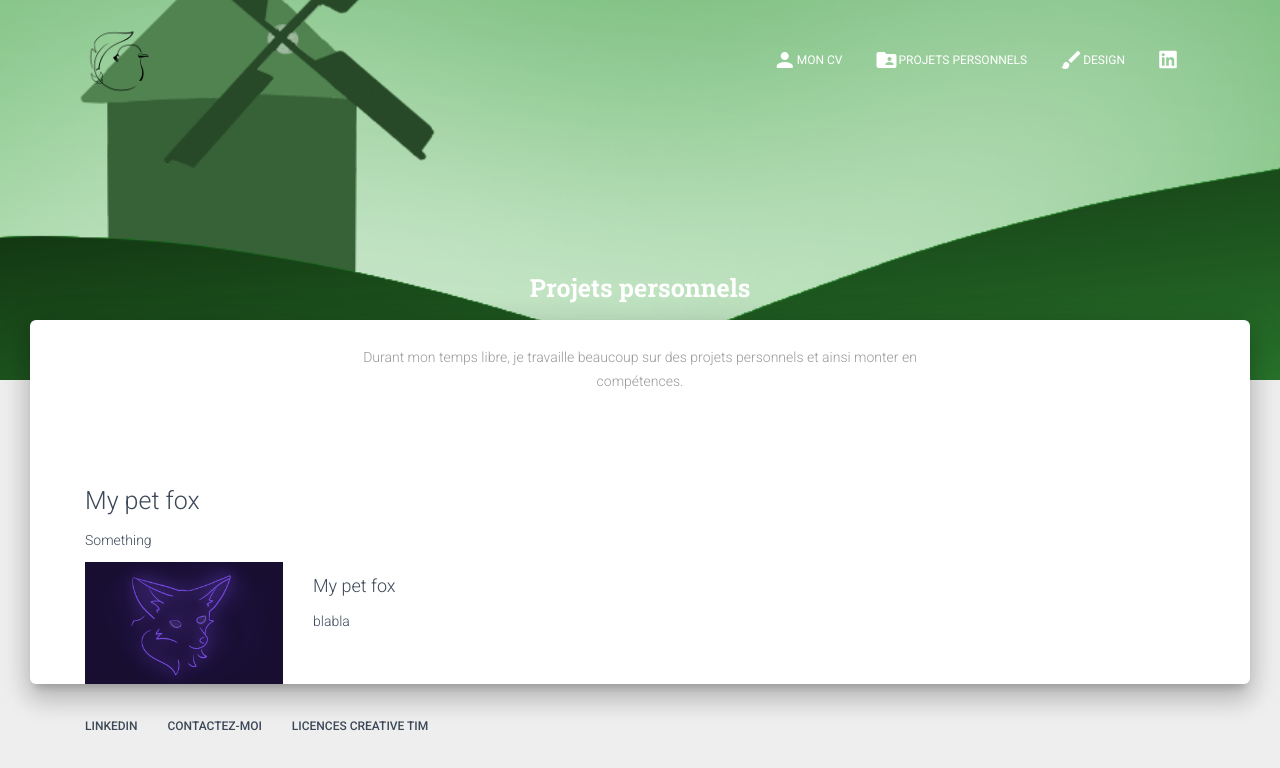
Repository: sdeschaepmeester/NewPortfolio
Page: /#/projects
An editor plug-in stored every save of this project. The page is shown before and after the next save, followed by the edit.
The browser window is 1280 px wide. The pictures show the whole page.
Some web libraries are served in a nearby version. The project was rebuilt for these pictures with package versions that can differ from the ones it lists, and the page was loaded fresh each time. Also part of the build but not shown: vue.config.js, src/views/components/APropos.vue, src/views/components/NavigationSection.vue, src/views/components/SmallNavigationSection.vue, src/components/Dropdown.vue, src/components/Pagination.vue, src/components/Slider.vue, src/components/Badge.vue and 15 more.

Above is the page before, as saved 2022-07-11 18:31:08.

After the next save:
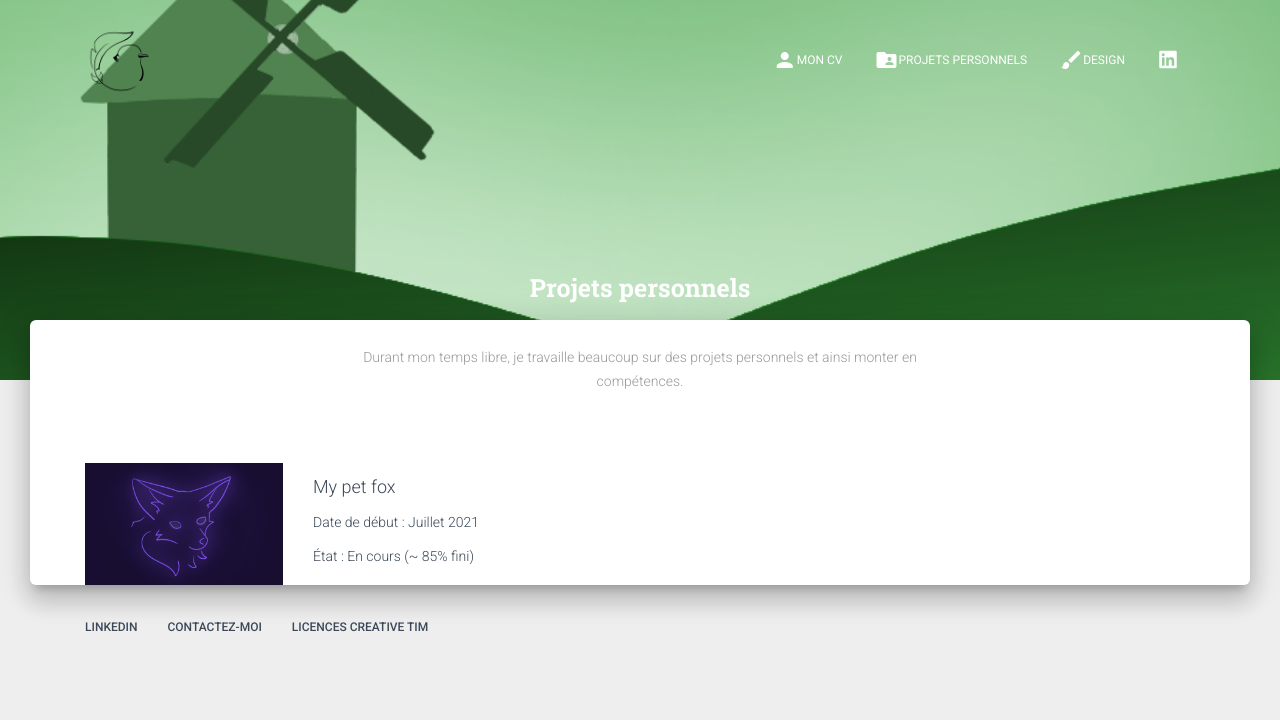
Saved 88 s later.
--- a/src/views/Projects.vue
+++ b/src/views/Projects.vue
@@ -24,12 +24,6 @@
             </p>
           </div>
           <div class="profile-tabs">
-            <h3>My pet fox</h3>
-            <p>Something</p>
-
-
-
-
 
       <div class="md-layout">
         <div
@@ -43,7 +37,9 @@
           class="md-layout-item md-size-20 md-xsmall-size-100"
         >
           <h4>My pet fox</h4>
-          <p>blabla</p>
+          <p>Date de début : Juillet 2021</p>
+          <p>État : En cours (~ 85% fini)</p>
+
         </div>
       </div>
 
